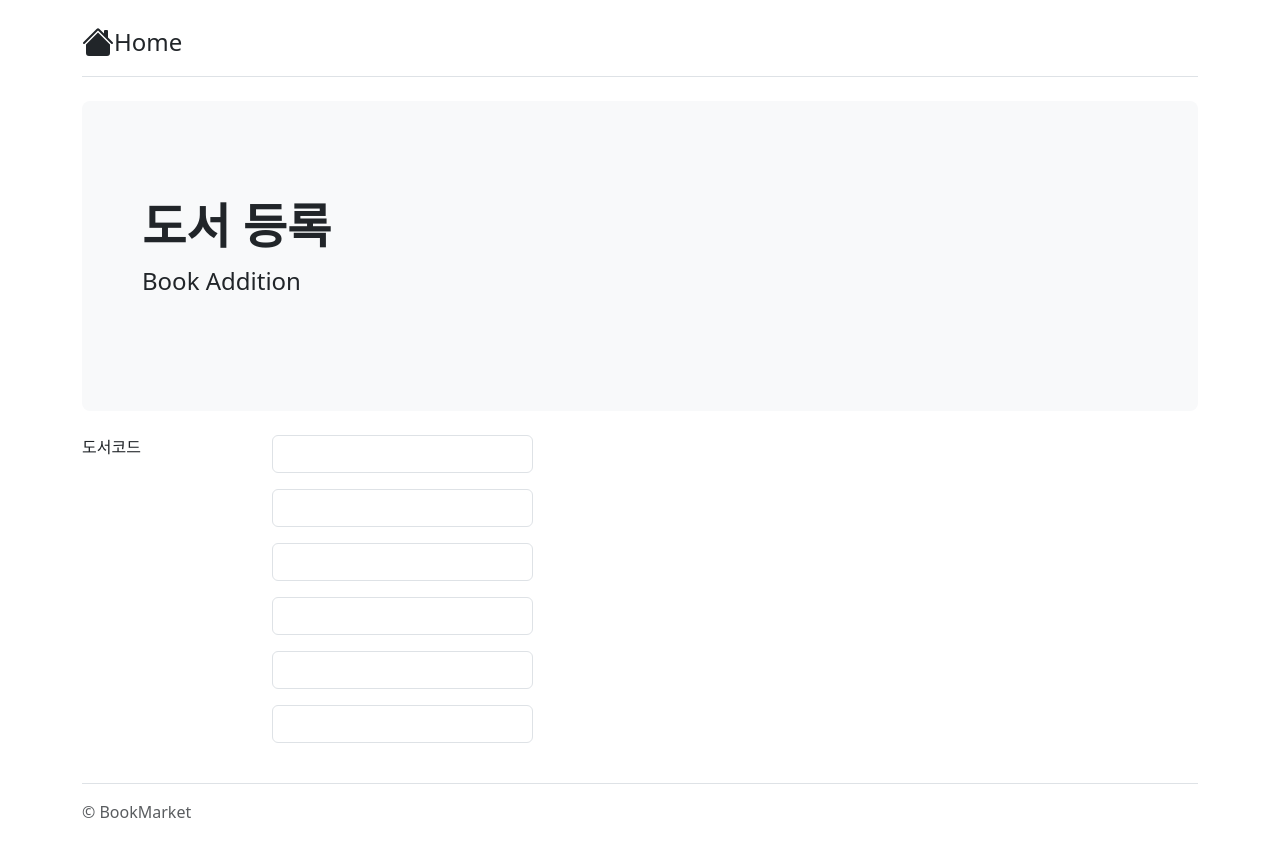
Repository: SJM7301/KH-JSP
Page: http://localhost/JSPBook/addBook.jsp
An editor plug-in stored every save of this project. The page is shown before and after the next save, followed by the edit.
The browser window is 1280 px wide. The pictures show the whole page.
The page is served by Tomcat 10.

Above is the page before, as saved 2025-02-05 02:48:39.

After the next save:
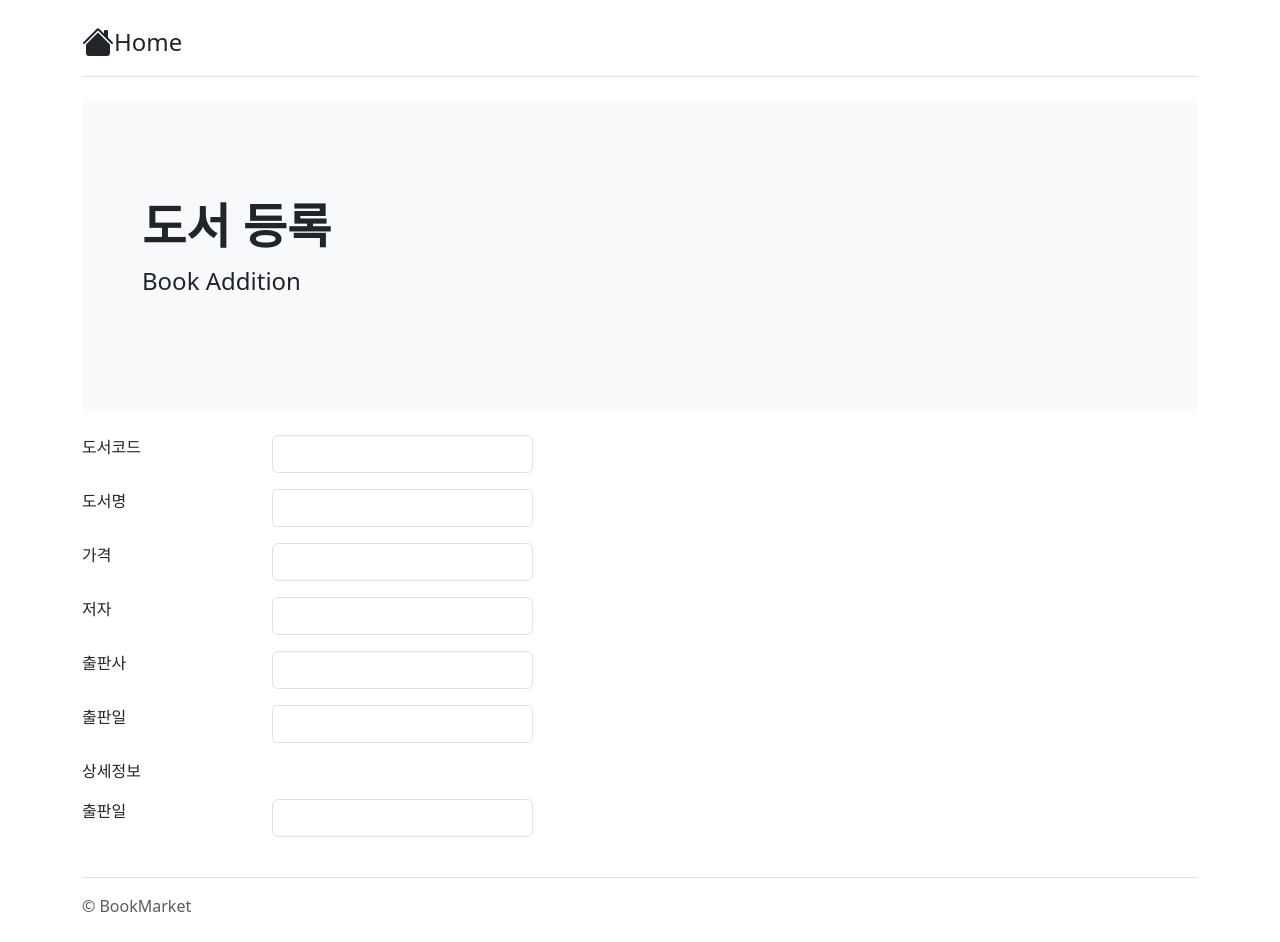
Saved 2 min 21 s later.
--- a/JSPBook/src/main/webapp/addBook.jsp
+++ b/JSPBook/src/main/webapp/addBook.jsp
@@ -26,39 +26,50 @@
 						<input type="text" name="bookId" class="form-control">
 					</div>
 				</div>
+				<div class="mb-3 row">
+					<label class="col-sm-2">도서명</label>
+					<div class="col-sm-3">
+						<input type="text" name="name" class="form-control">
+					</div>
+				</div>
+				<div class="mb-3 row">
+					<label class="col-sm-2">가격</label>
+					<div class="col-sm-3">
+						<input type="text" name="unitPrice" class="form-control">
+					</div>
+				</div>
+				<div class="mb-3 row">
+					<label class="col-sm-2">저자</label>
+					<div class="col-sm-3">
+						<input type="text" name="author" class="form-control">
+					</div>
+				</div>
+				<div class="mb-3 row">
+					<label class="col-sm-2">출판사</label>
+					<div class="col-sm-3">
+						<input type="text" name="publisher" class="form-control">
+					</div>
+				</div>
+				<div class="mb-3 row">
+					<label class="col-sm-2">출판일</label>
+					<div class="col-sm-3">
+						<input type="text" name="releaseDate" class="form-control">
+					</div>
+				</div>
+
+
 
 				<div class="mb-3 row">
-					<label class="col-sm-2"></label>
-					<div class="col-sm-3">
-						<input type="text" name="" class="form-control">
+					<label class="col-sm-2">상세정보</label>
+					<div class="col-sm-5">
+
 					</div>
 				</div>
 
 				<div class="mb-3 row">
-					<label class="col-sm-2"></label>
+					<label class="col-sm-2">출판일</label>
 					<div class="col-sm-3">
-						<input type="text" name="" class="form-control">
-					</div>
-				</div>
-
-				<div class="mb-3 row">
-					<label class="col-sm-2"></label>
-					<div class="col-sm-3">
-						<input type="text" name="" class="form-control">
-					</div>
-				</div>
-
-				<div class="mb-3 row">
-					<label class="col-sm-2"></label>
-					<div class="col-sm-3">
-						<input type="text" name="" class="form-control">
-					</div>
-				</div>
-
-				<div class="mb-3 row">
-					<label class="col-sm-2"></label>
-					<div class="col-sm-3">
-						<input type="text" name="" class="form-control">
+						<input type="text" name="releaseDate" class="form-control">
 					</div>
 				</div>
 			</form>
